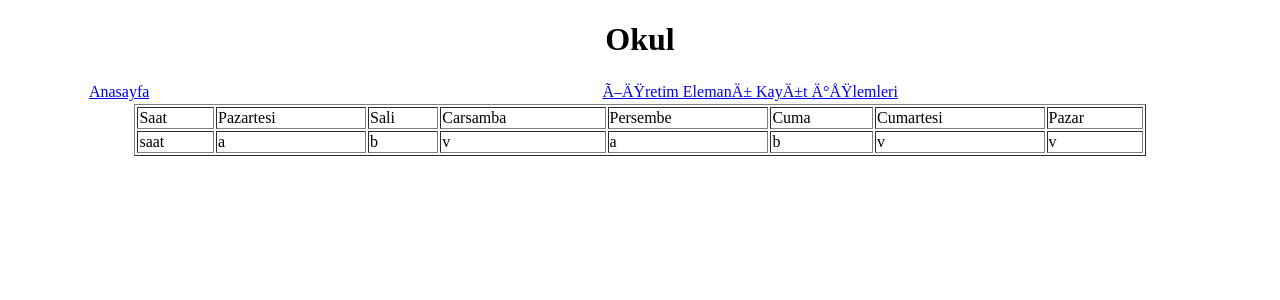
Repository: Egemen-ve-Burakhan-internet-final/final
Page: http://localhost/ogretim/
An editor plug-in stored every save of this project. The page is shown before and after the next save, followed by the edit.
The browser window is 1280 px wide. The pictures show the whole page.
The page is served by Tomcat 9.

Above is the page before, as saved 2020-05-25 14:06:23.

After the next save:
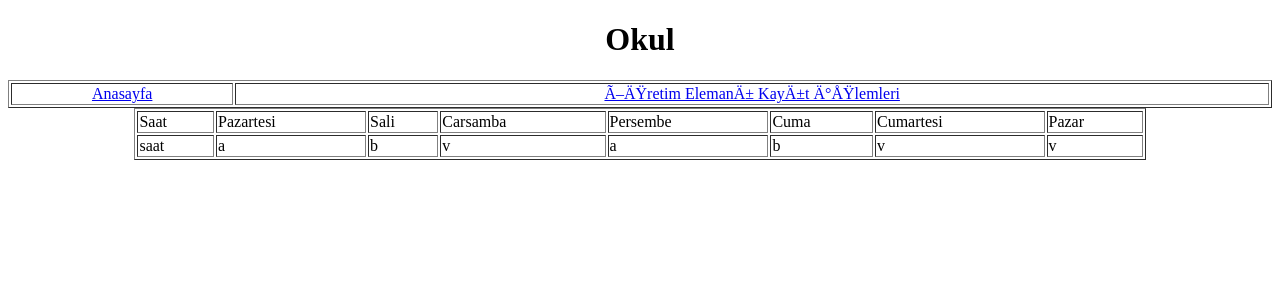
Saved 30 s later.
--- a/okul/ogretim/WebContent/index.jsp
+++ b/okul/ogretim/WebContent/index.jsp
@@ -13,7 +13,7 @@
 		</div>
 
 		<div>
-			<table width="100%" align= center>
+			<table border = "1px" width="100%" align= center>
 				<tr>
 					<td style="text-align:center"><a href="#">Anasayfa</a></td>
 					<td style="text-align:center"><a href="#">Öğretim Elemanı Kayıt İşlemleri</a></td>
